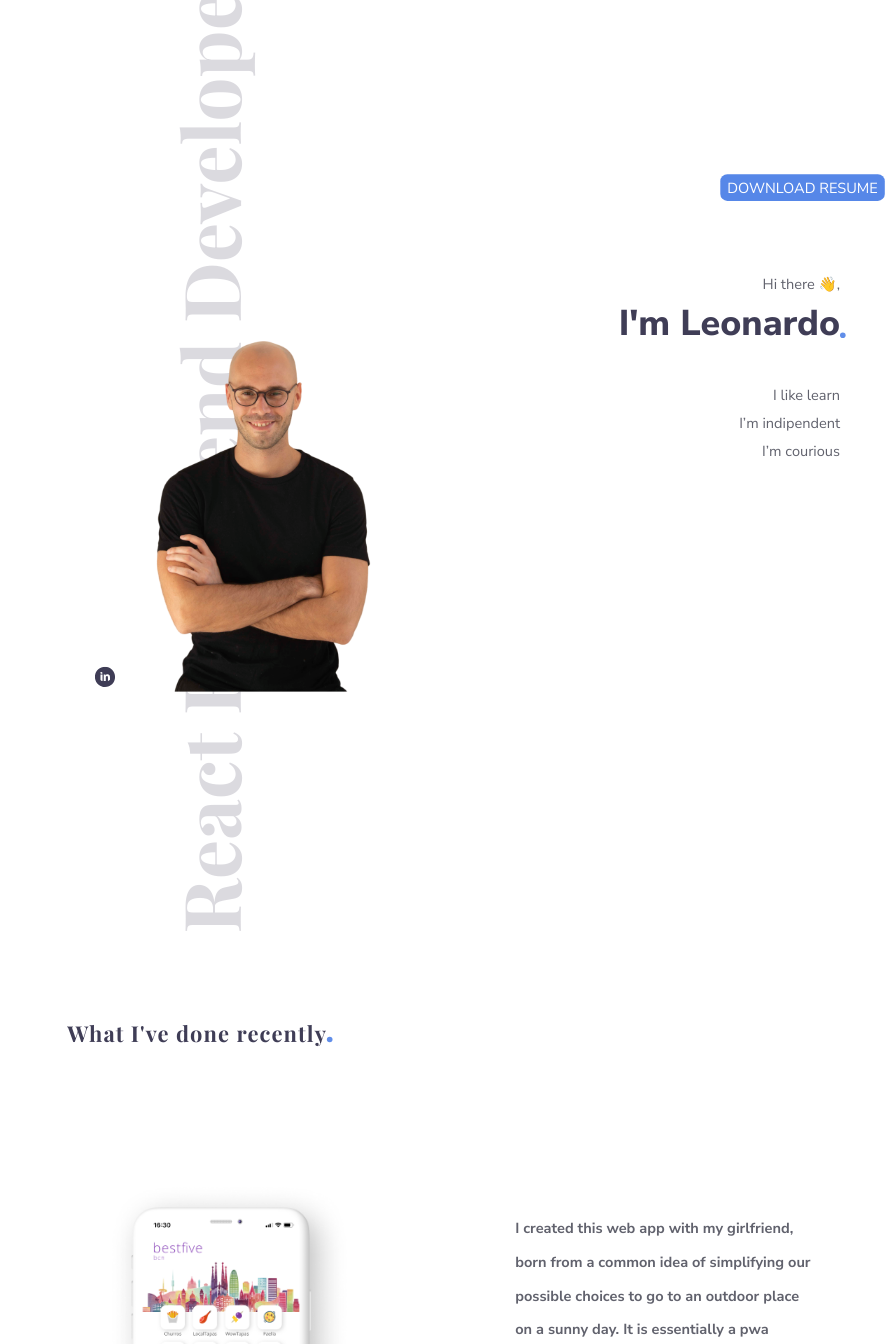
Repository: Easaaa/Portfolio-2020
Page: index.html
An editor plug-in stored every save of this project. The page is shown before and after a run of saves, followed by the edit.
The browser window is 1280 px wide. The pictures show the part of the page from y = 0 to 1920 px (the page is 7567 px tall), at 70% of full size.
The style sheet was rebuilt from its Sass, Less or Tailwind sources for each picture, by a compiler version that may differ from the author's.

Above is the page before, as saved 2020-02-28 13:44:50.

After the next 2 saves:
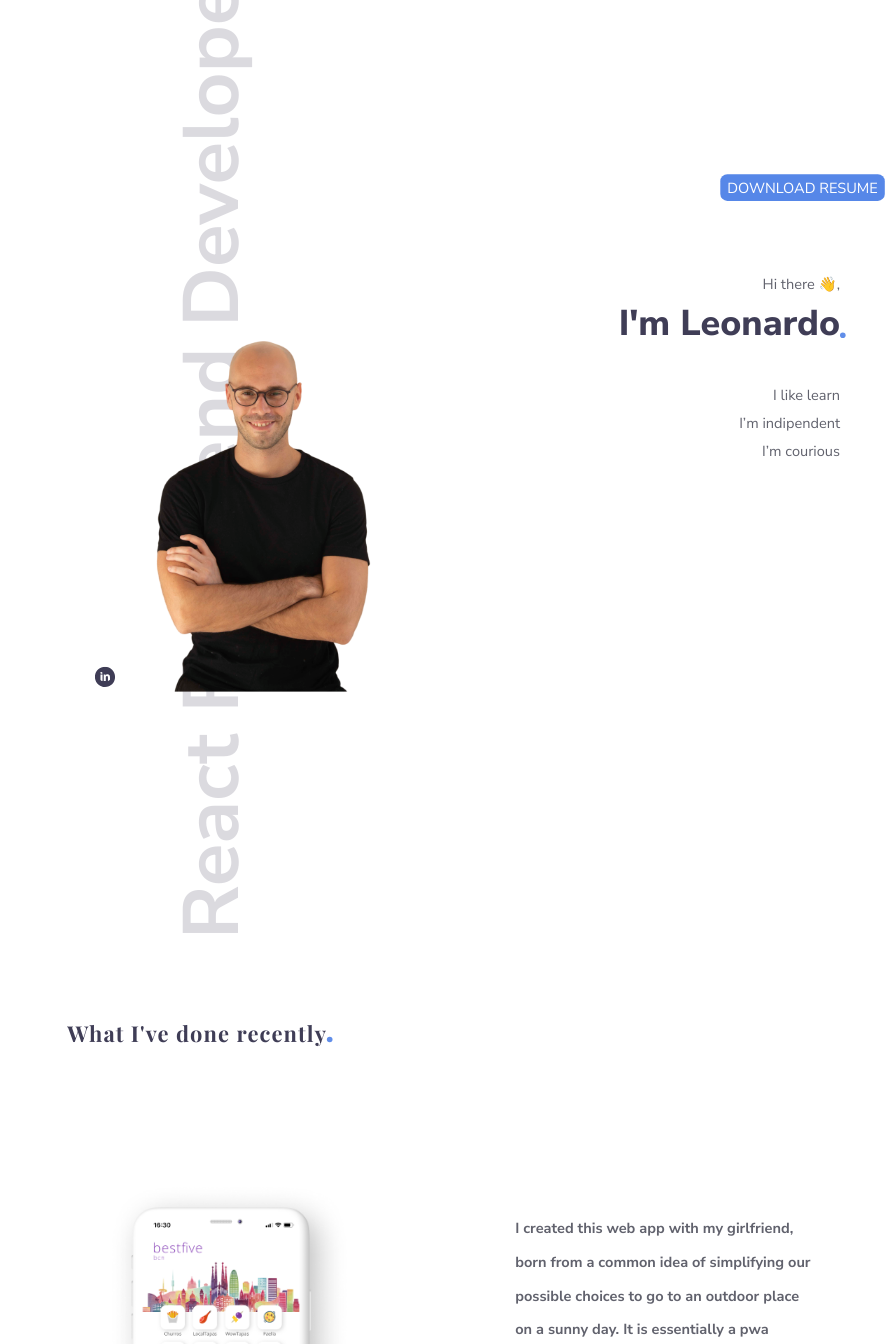
The 2 saves are shown as one change because they came seconds apart.
The last was saved 41 s later.
--- a/stylesheets/scss/main.scss
+++ b/stylesheets/scss/main.scss
@@ -119,6 +119,7 @@
     /* background-color: #d7dce44a; */
     padding-bottom: 3rem;
     border-radius: 5px;
+
   }
 
   h1 {
@@ -144,7 +145,7 @@
     padding: 1rem 2rem;
     font-size: 1.7rem;
     text-align: center;
-    font-family: "Playfair Display", serif;
+    color: #618EE9;
   }
 
   p {
